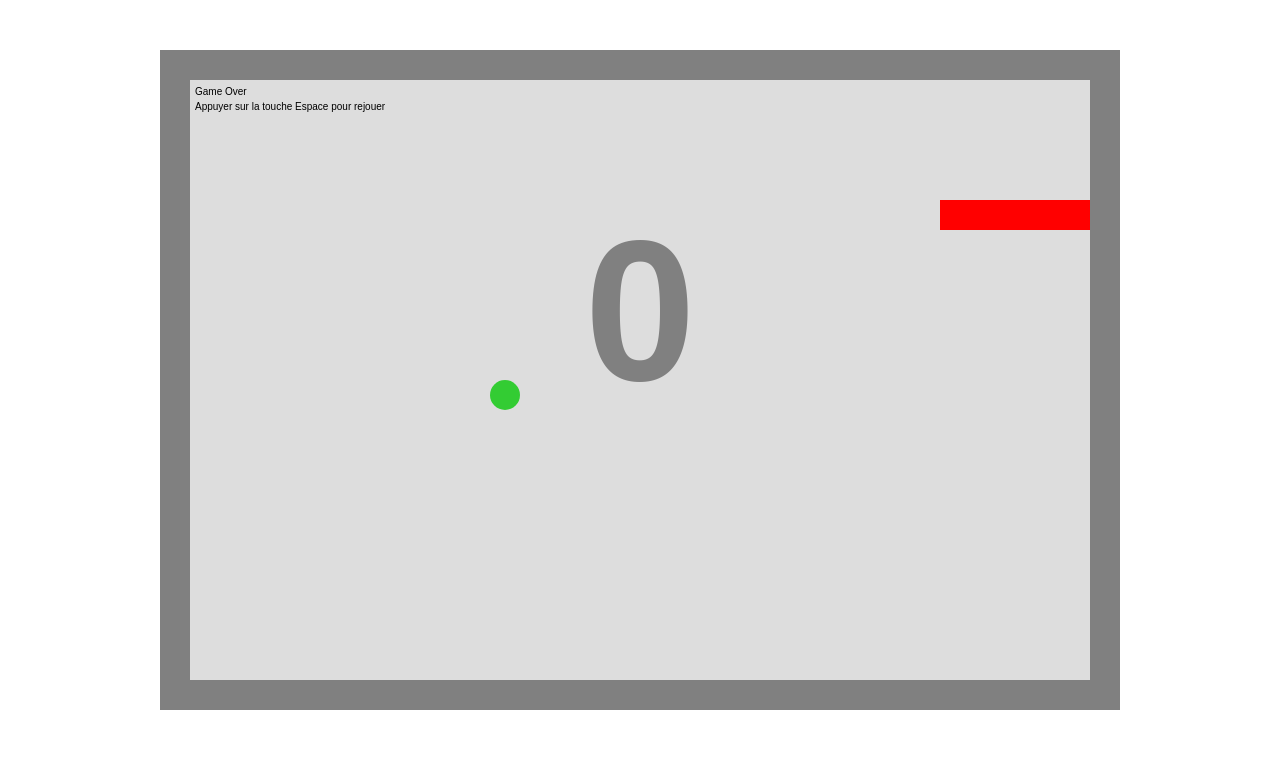
Repository: 0Memo/serpent
Page: index.html
An editor plug-in stored every save of this project. The page is shown before and after the next save, followed by the edit.
The browser window is 1280 px wide. The pictures show the whole page.

Above is the page before, as saved 2020-12-16 22:15:16.

After the next save:
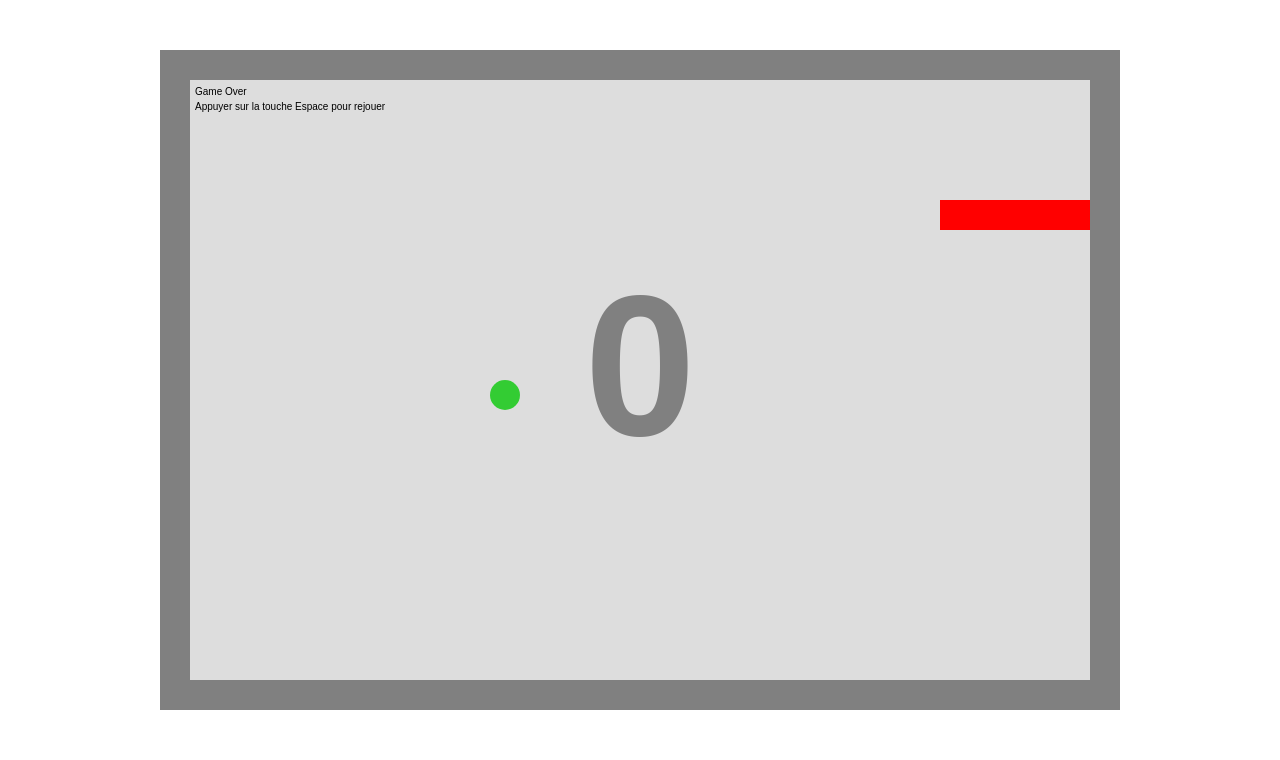
Saved 44 s later.
--- a/js/script.js
+++ b/js/script.js
@@ -76,7 +76,7 @@ window.onload = function(){
         ctx.font = "bold 200px sans-serif";
         ctx.fillStyle = "gray";
         ctx.textAlign = "center";
-        ctx.texBaseline = "middle";
+        ctx.textBaseline = "middle";
         var centreX = canvasWidth / 2;
         var centreY = canvasHeight / 2;
         ctx.fillText(score.toString(), centreX, centreY);
